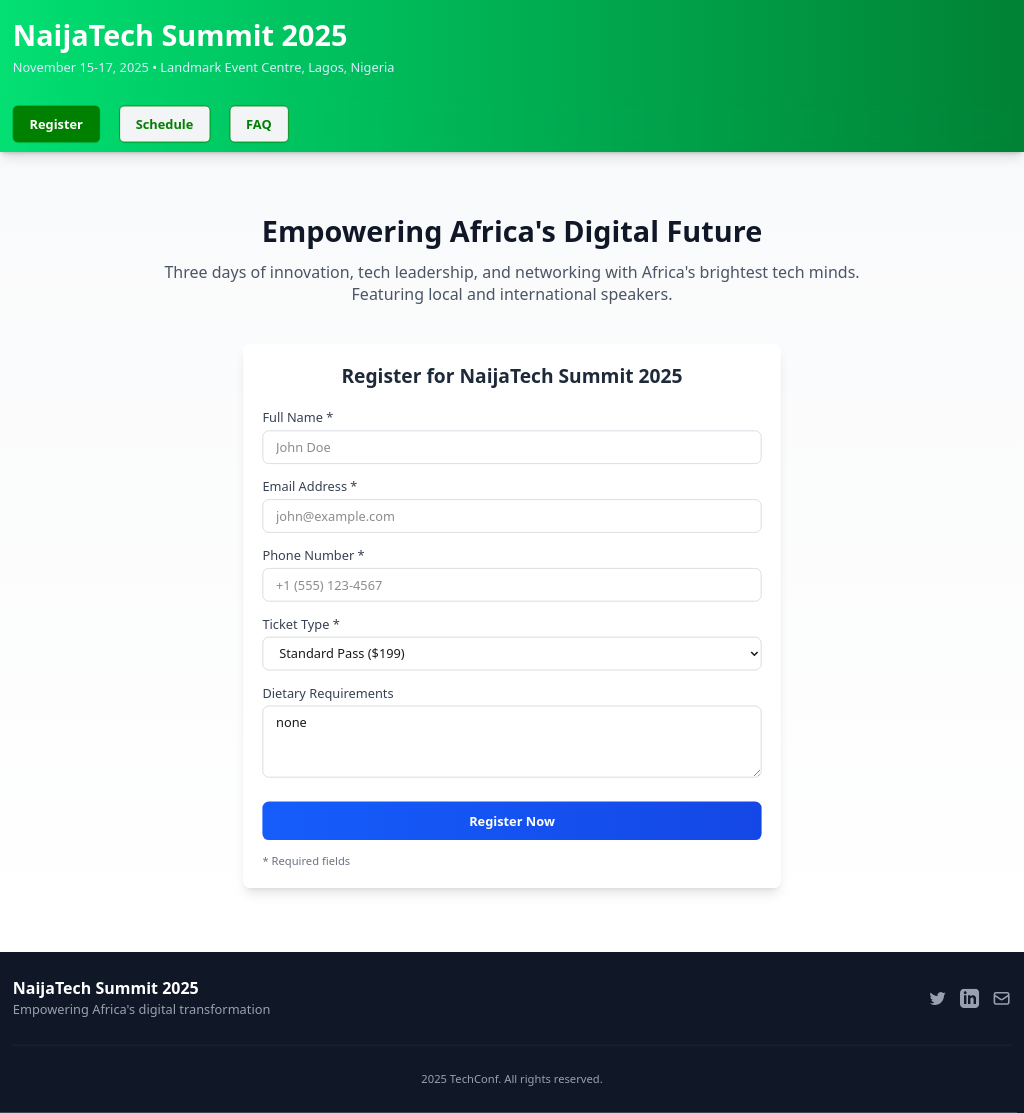
Repository: AYANO-EMMANUEL/fictional-tech-conf-event
Page: /
These files come from the project's save history. The page is drawn as it stood at one moment and after the next save; the edit follows.
The browser window is 1280 px wide. The pictures show the whole page, at 80% of full size.
The project was rebuilt for these pictures with package versions that can differ from the ones it lists, and the page was loaded fresh each time. Also part of the build but not shown: vite.config.ts, src/components/Schedule/Schedule.tsx, src/components/FAQ/FAQ.tsx.

Above is the page before, as saved 2025-08-02 11:06:28.

After the next save:
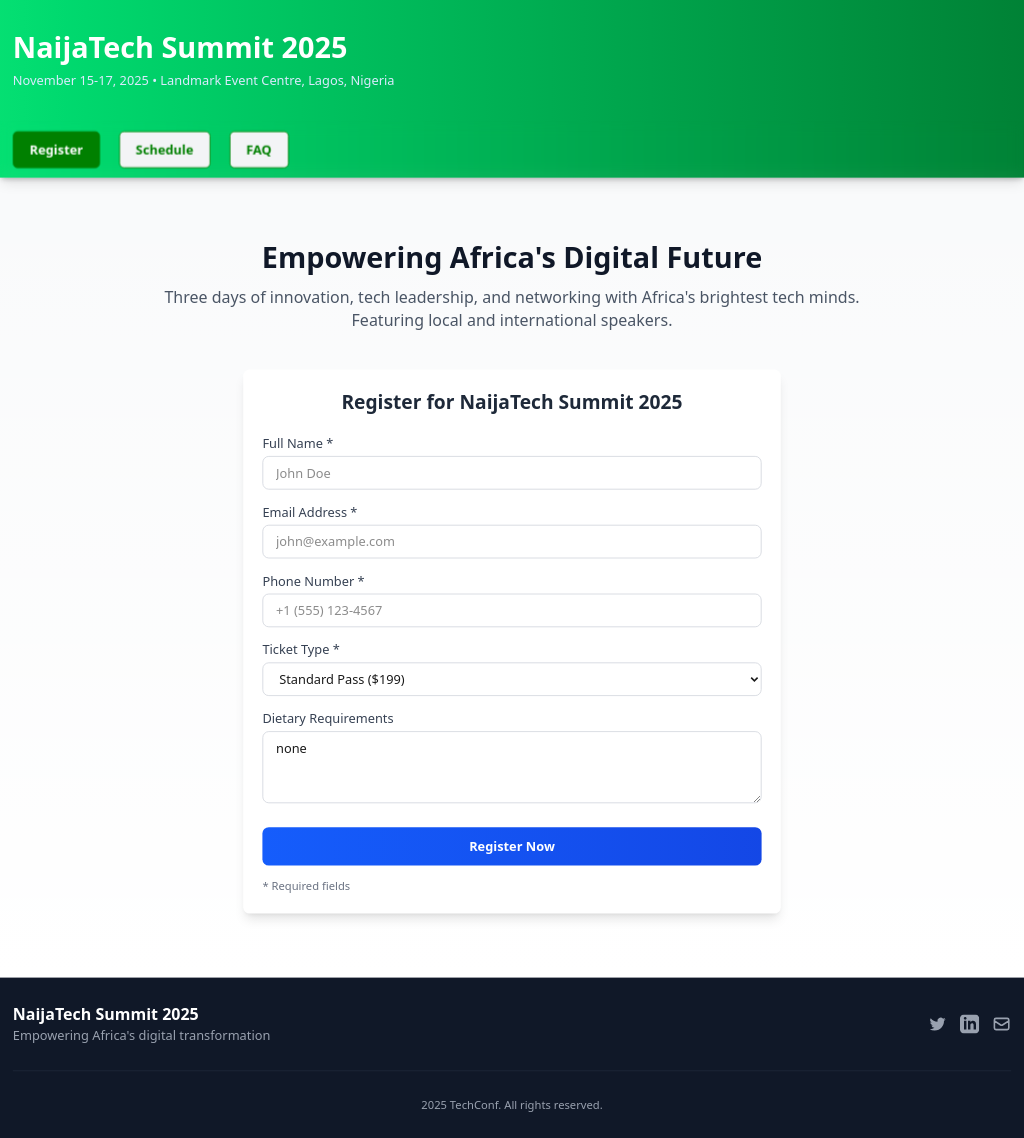
Saved 11 s later.
--- a/src/App.tsx
+++ b/src/App.tsx
@@ -10,7 +10,7 @@
     <div className="min-h-screen bg-gray-50">
       {/* Header */}
       <header className="bg-gradient-to-r from-green-400 to-green-700 text-white shadow-lg">
-        <div className="container mx-auto px-4 py-6">
+        <div className="container mx-auto px-4 py-10">
           <h1 className="text-3xl md:text-4xl font-bold mb-2">NaijaTech Summit 2025</h1>
           <p className="text-blue-100">November 15-17, 2025 • Landmark Event Centre, Lagos, Nigeria</p>
         </div>

After the save that followed:
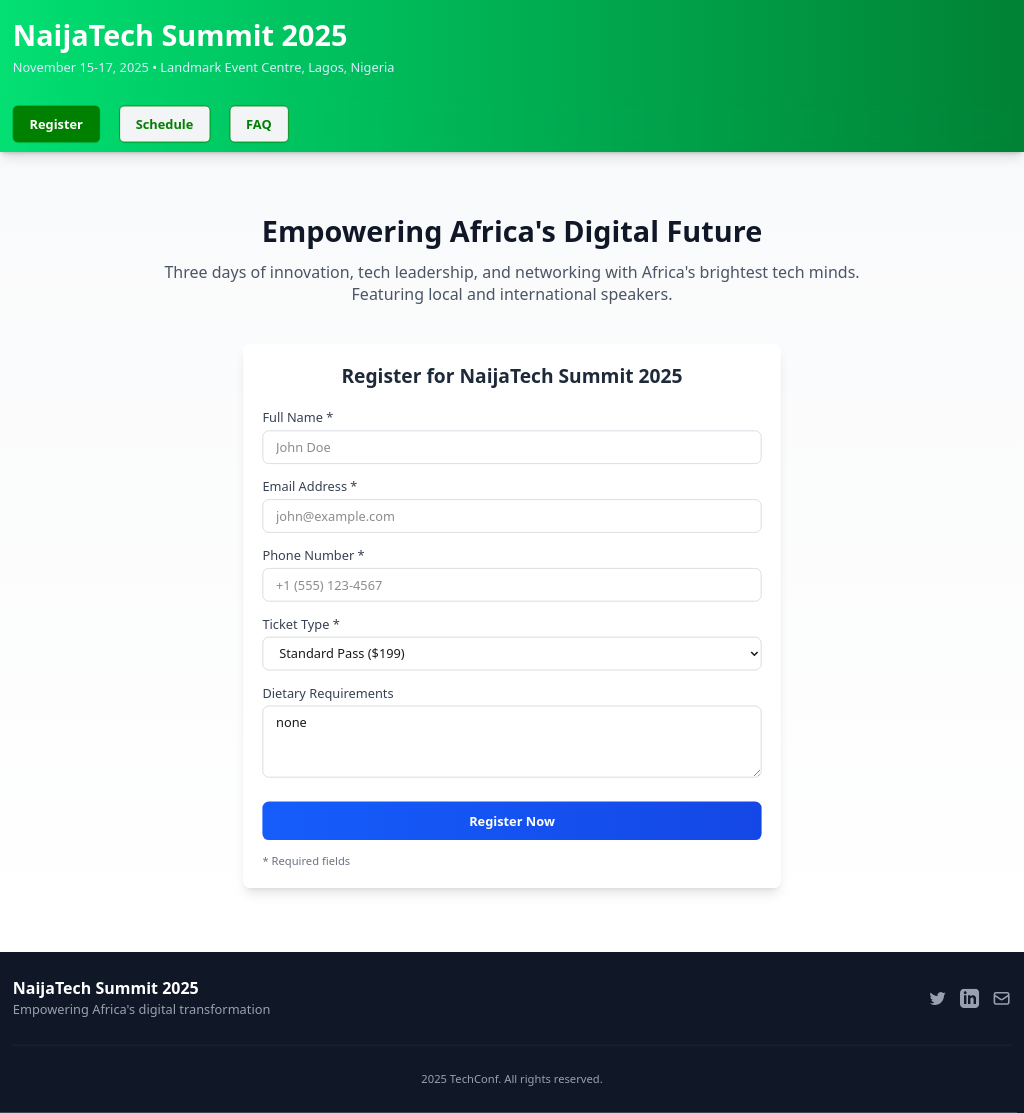
Saved 8 s later.
--- a/src/App.tsx
+++ b/src/App.tsx
@@ -10,7 +10,7 @@
     <div className="min-h-screen bg-gray-50">
       {/* Header */}
       <header className="bg-gradient-to-r from-green-400 to-green-700 text-white shadow-lg">
-        <div className="container mx-auto px-4 py-10">
+        <div className="container mx-auto px-4 py-6">
           <h1 className="text-3xl md:text-4xl font-bold mb-2">NaijaTech Summit 2025</h1>
           <p className="text-blue-100">November 15-17, 2025 • Landmark Event Centre, Lagos, Nigeria</p>
         </div>
